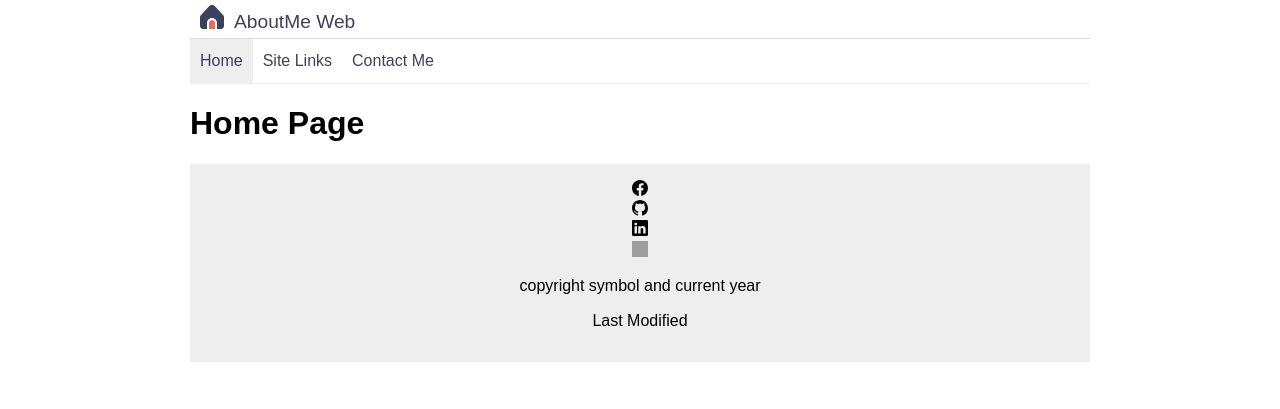
Repository: JoyUdoh106/wdd231
Page: index.html
An editor plug-in stored every save of this project. The page is shown before and after a run of saves, followed by the edit.
The browser window is 1280 px wide. The pictures show the whole page.
Pictures or frames that could not be fetched are drawn as grey boxes.

Above is the page before, as saved 2026-01-10 20:18:05.

After the next 4 saves:
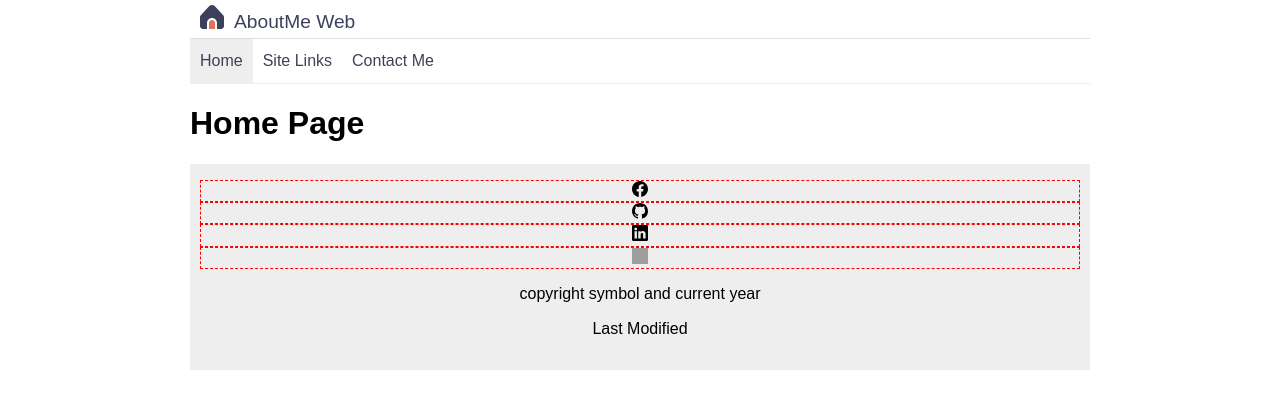
The 4 saves are shown as one change because they came seconds apart.
The last was saved 9 s later.
--- a/styles/base.css
+++ b/styles/base.css
@@ -98,5 +98,5 @@ footer {
 
 .social a {
     display: block;
-    border: red;
+    border: red dashed 1px;
 }
